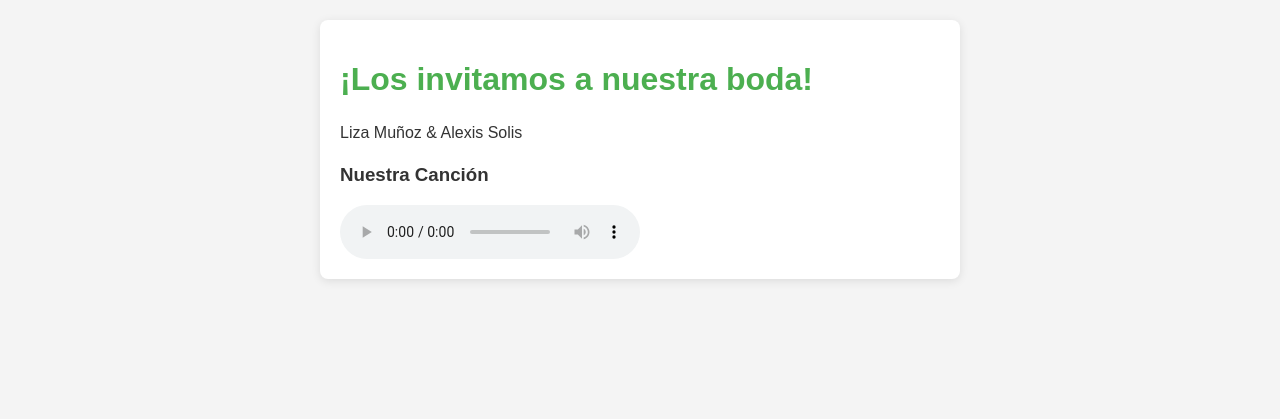
Repository: shark1095/Invitaciones
Page: invitacion.html
An editor plug-in stored every save of this project. The page is shown before and after the next save, followed by the edit.
The browser window is 1280 px wide. The pictures show the whole page.

Above is the page before, as saved 2025-07-27 19:19:32.

After the next save:
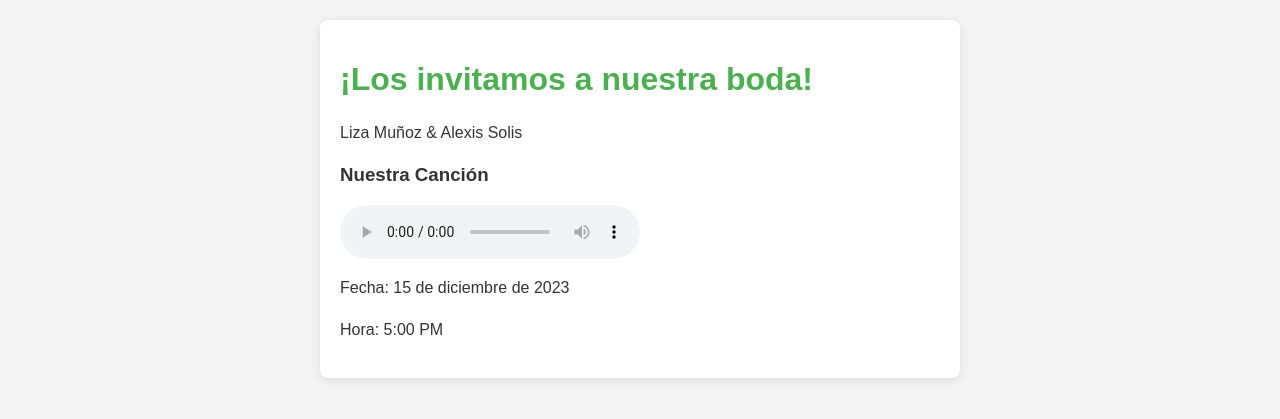
Saved 100 s later.
--- a/invitacion.html
+++ b/invitacion.html
@@ -35,9 +35,11 @@
             <h1>¡Los invitamos a nuestra boda!</h1>
             <p>Liza Muñoz & Alexis Solis</p>
              <h3>Nuestra Canción</h3>
-    <audio controls>
-        <source src="elvis-presley-cant-help-falling-in-love-audio.mp3" type="audio/mpeg">
-        Tu navegador no soporta el elemento de audio.
-    </audio>
+            <audio controls>
+                <source src="elvis-presley-cant-help-falling-in-love-audio.mp3" type="audio/mpeg">
+                Tu navegador no soporta el elemento de audio.
+            </audio>
+            <p>Fecha: 15 de diciembre de 2023</p>
+            <p>Hora: 5:00 PM</p>
         </div>
 </html>
